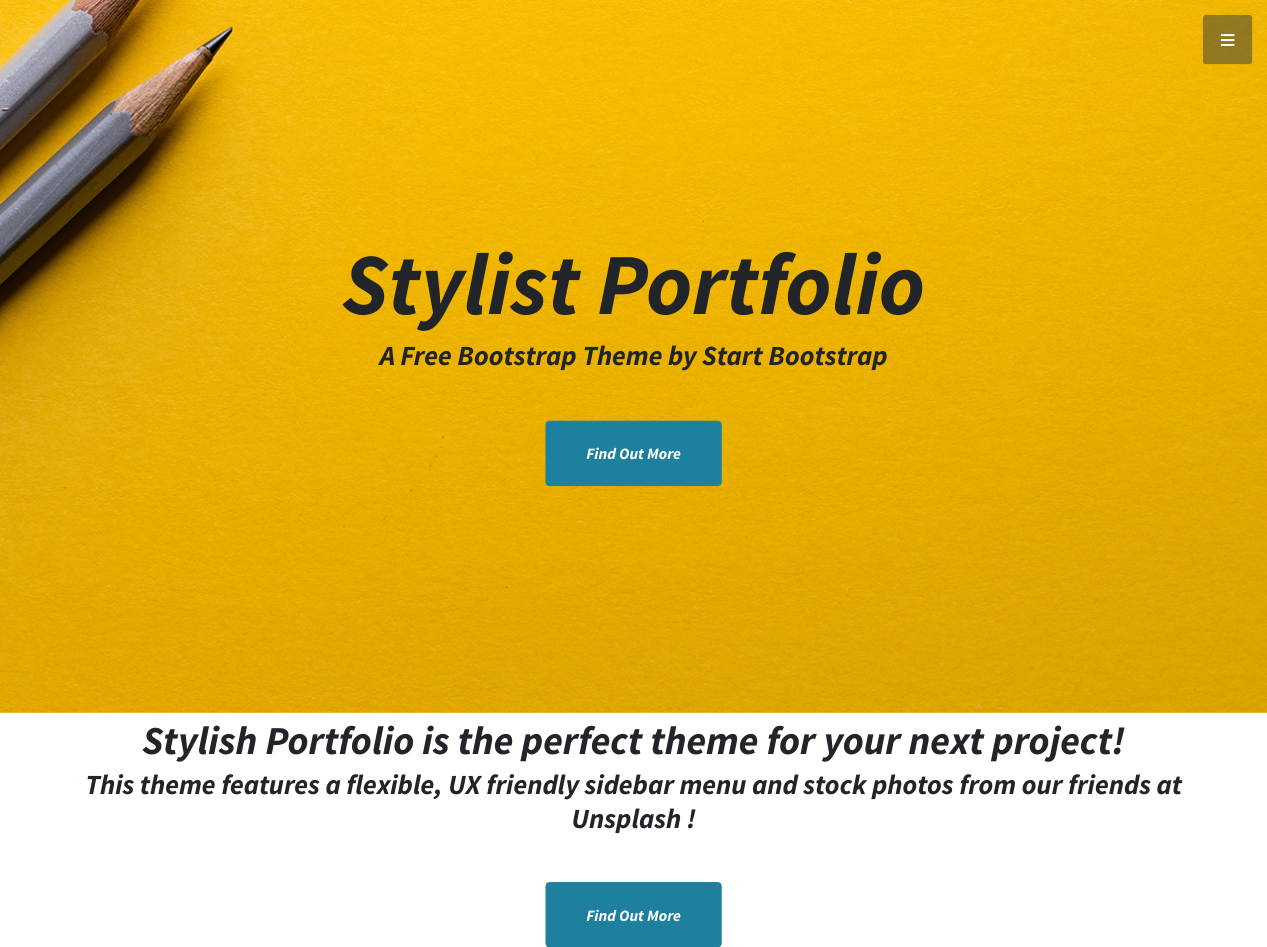
Repository: hoangpino/VE_FE_FrameWork_005
Page: lab06/index.html
The author's editor kept a copy of each file at every save. The page is drawn from the files as they stood at one save, then again after the next save.
The browser window is 1280 px wide. The pictures show the whole page, at 99% of full size.

Above is the page before, as saved 2021-10-02 20:09:24.

### lab06/index.html
<!DOCTYPE html>
<html lang="en">

<head>
    <meta charset="UTF-8">
    <meta http-equiv="X-UA-Compatible" content="IE=edge">
    <meta name="viewport" content="width=device-width, initial-scale=1.0">
    <title>Portfolio</title>
    <link rel="stylesheet" href="./css/style.css" type="text/css" />
    <link rel="icon" href="./img/schools.png" />
    <link href="https://cdn.jsdelivr.net/npm/bootstrap@5.1.1/dist/css/bootstrap.min.css"
        rel="stylesheet"
        integrity="sha384-F3w7mX95PdgyTmZZMECAngseQB83DfGTowi0iMjiWaeVhAn4FJkqJByhZMI3AhiU"
        crossorigin="anonymous" />
    <link rel="stylesheet"
        href="https://cdnjs.cloudflare.com/ajax/libs/font-awesome/6.0.0-beta2/css/all.min.css" />
    <link rel="preconnect" href="https://fonts.googleapis.com">
    <link rel="preconnect" href="https://fonts.gstatic.com" crossorigin>
    <link
        href="https://fonts.googleapis.com/css2?family=Source+Sans+Pro:ital,wght@1,700&display=swap"
        rel="stylesheet" />
</head>

<body>
    <a href="" class="menu-toggle rounded" hef="#" data-bs-toggle="offcanvas"
        data-bs-target="#offcanvas-right" aria-controls="offcanvas-right">
        <i class="fas fa-bars"></i>
    </a>
    <div class="offcanvas offcanvas-end" tabindex="-1" aria-labelledby="offcanvas-right-lable"
        id="offcanvas-right">
        <div class="offcanvas-header">
            <h5 id="offcanvas-right-label">Start Bootstrap</h5>
            <button type="button" class="btn-close btn-close-white text-reset"
                data-bs-dismiss="offcanvas" aria-label="Close"></button>
        </div>
        <div class="offcanvas-body">
            <ul class="sidebar-nav">
                <li class="sidebar-nav-item"><a href="#home">Home</a></li>
                <li class="sidebar-nav-item"><a href="#">About</a></li>
                <li class="sidebar-nav-item"><a href="#">Services</a></li>
                <li class="sidebar-nav-item"><a href="#">Portfolio</a></li>
                <li class="sidebar-nav-item"><a href="#">Contacts</a></li>
            </ul>
        </div>
    </div>

    <!-- Header -->
    <header class="d-flex align-items-center" id="home">
        <div class="container text-center">
            <h1 class="m-1">Stylist Portfolio</h1>
            <h3 class="mb-5">A Free Bootstrap Theme by Start Bootstrap </h3>
            <a href="" class="btn btn-primary btn-xl">Find Out More</a>
        </div>
    </header>

    <!-- About -->
    <section class="d-flex align-items-center" id="home">
        <div class="container text-center">
            <h1 class="m-1">Stylish Portfolio is the perfect theme for your next project!</h1>
            <h3 class="mb-5">This theme features a flexible, UX friendly sidebar menu and stock
                photos from our friends at Unsplash !</h3>
            <a href="" class="btn btn-primary btn-xl">Find Out More</a>
        </div>
    </section>
    <script src="https://cdn.jsdelivr.net/npm/bootstrap@5.1.1/dist/js/bootstrap.bundle.min.js"
        integrity="sha384-/bQdsTh/da6pkI1MST/rWKFNjaCP5gBSY4sEBT38Q/9RBh9AH40zEOg7Hlq2THRZ"
        crossorigin="anonymous"></script>
</body>

</html>

### lab06/css/style.css
:root {
    --color-green: #1d809f;
    --color-green-dark:rgb(15, 64, 78);
    --color-dark:#343a40;
}

body {
    font-family: 'Source Sans Pro', sans-serif !important;
}

* {
    margin: 0;
    padding: 0;
}
.menu-toggle {
    position: fixed;
    width: 50px;
    height: 50px;
    color: #fff;
    background-color: rgba(52,58,64,0.5);
    text-align: center;
    line-height: 50px;
    right: 15px;
    top: 15px;
}

.menu-toggle:hover {
    background-color: var(--color-dark);
    color: #FFF;
}

.offcanvas {
    background-color: var(--color-green) !important;
    color: #fff;
    width: 250px;

}

.offcanvas ul {
    list-style: none;
    margin : 0;
    padding: 0;
}

.offcanvas a {
    color: #fff;
    display: block;
    padding: 15px;
    text-decoration: none;

}

.offcanvas a:hover {
    background-color: rgba(52, 58, 64, 0.2);
    color: #fff;
}

.offcanvas-body {
    padding: 0 !important;
    margin: 0;

}

.offcanvas-header {
    background-color: rgba(52, 58, 64, 0.1);
}

header {
    background: url(../img/img/bg-masthead.jpg);
    background-repeat: none;
    background-position: center center;
    min-height: 100vh;
}

header h1 {
    font-weight: 700 !important;
    font-size: 5.5rem !important;
}

h3 {
    font-weight: 700 !important;
    font-style: 1.75rem !important;
    font-style: italic;
}

.btn-primary {
    background-color: var(--color-green) !important;
    border-color: var(--color-green) !important;
}

.btn-primary:active, .btn-primary:hover {
    background-color: var(--color-green-dark) !important;
    border-color: var(--color-green-dark) !important;
}

.btn-xl {
    padding: 1.25em 2.5em !important;
}

After the next save:
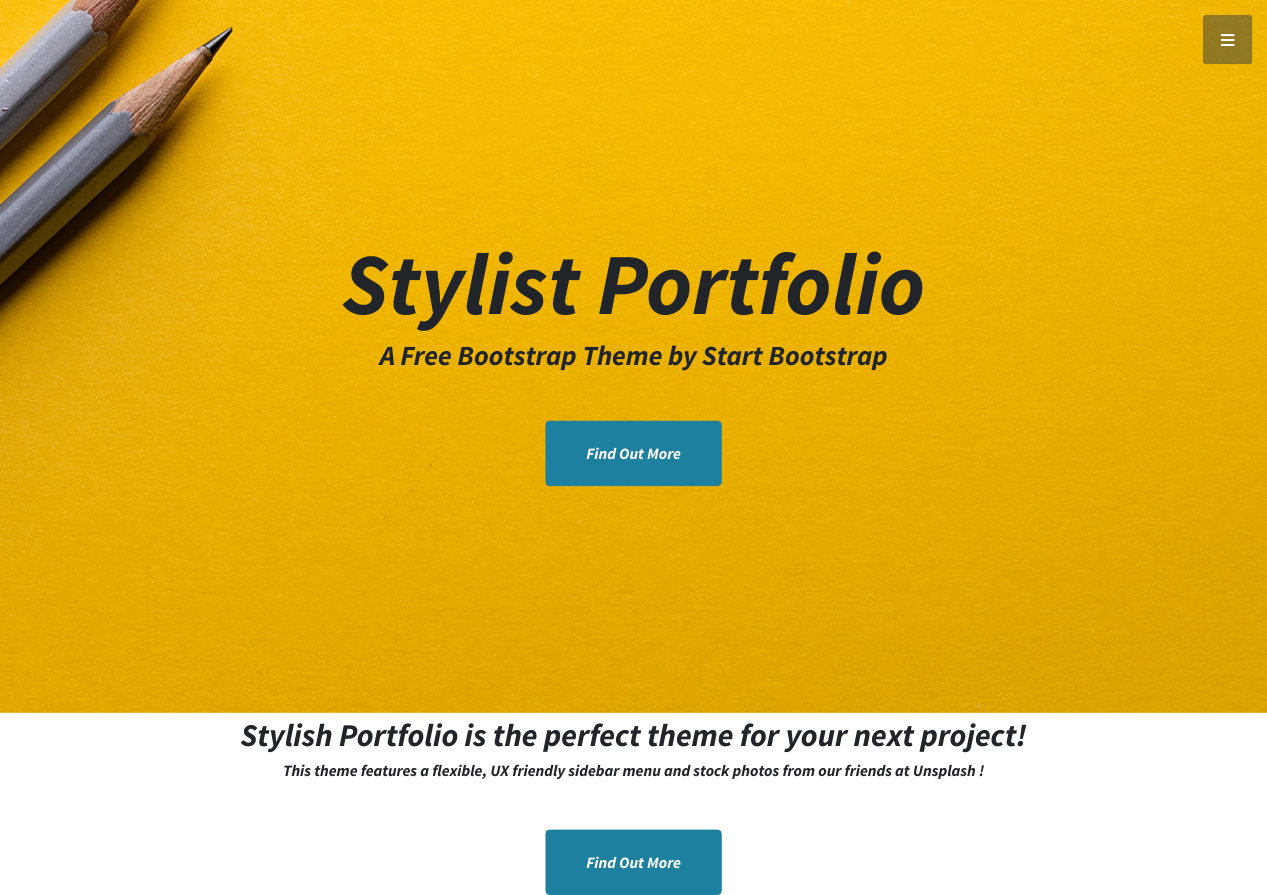
Saved 17 s later.
--- a/lab06/index.html
+++ b/lab06/index.html
@@ -56,9 +56,9 @@
     <!-- About -->
     <section class="d-flex align-items-center" id="home">
         <div class="container text-center">
-            <h1 class="m-1">Stylish Portfolio is the perfect theme for your next project!</h1>
-            <h3 class="mb-5">This theme features a flexible, UX friendly sidebar menu and stock
-                photos from our friends at Unsplash !</h3>
+            <h2 class="m-1">Stylish Portfolio is the perfect theme for your next project!</h2>
+            <p class="mb-5">This theme features a flexible, UX friendly sidebar menu and stock
+                photos from our friends at Unsplash !</p>
             <a href="" class="btn btn-primary btn-xl">Find Out More</a>
         </div>
     </section>
